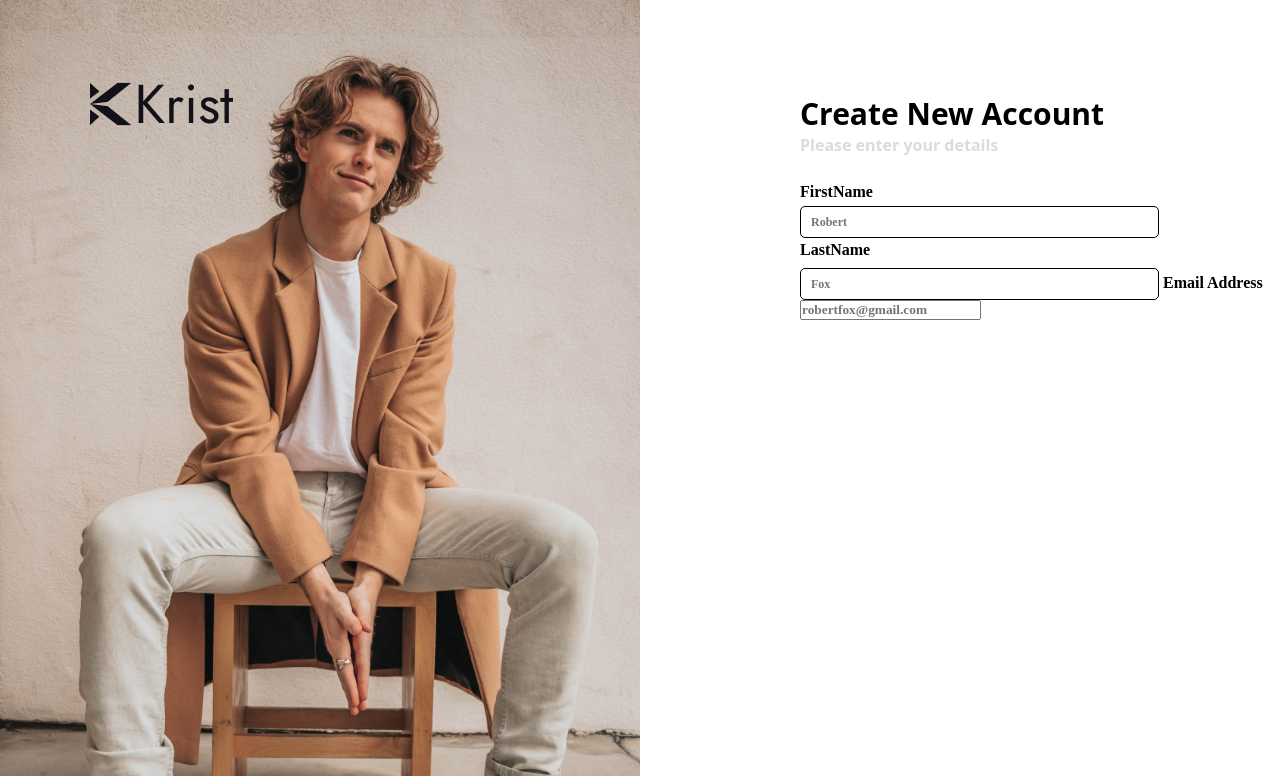
Repository: isaacCodes1/Krist-Website
Page: new-account.html
The author's editor kept a copy of each file at every save. The page is drawn from the files as they stood at one save, then again after the next save.
The browser window is 1280 px wide. The pictures show the whole page.

Above is the page before, as saved 2024-04-10 14:09:07.

### new-account.html
<!DOCTYPE html>
<html lang="en">
  <head>
    <meta charset="UTF-8" />
    <meta name="viewport" content="width=device-width, initial-scale=1.0" />
    <title>New Account</title>
    <link rel="stylesheet" href="style.css">
  </head>
  <body>
    <div class="image">
        <img src="/Assets/Rectangle 3463272 (1).png" alt="" />
      </div>
      <div class="logo">
        <a href="Home-page.html"><img src="/Assets/Group 56.png" alt="" /></a>
      </div>

      <form class="new" action="">
        <h1 class="create">Create New Account</h1>
        <p>Please enter your details</p>
        <label class="firstname" for="">FirstName</label>
        <input class="inpute" type="text" placeholder="Robert">  <br>
        <label class="lastname" for="">LastName</label>
        <input class="inpute" type="text" placeholder="Fox">
        <label for="">Email Address</label>
        <input type="email" placeholder="robertfox@gmail.com">
      </form>
  </body>
</html>

### style.css
* {
  margin: 0;
  padding: 0;
  box-sizing: border-box;
  font-family: "Times New Roman", Times, serif;
  font-weight: 600;
}
.navBar {
  display: flex;
  align-items: center;
  margin-bottom: 40px;
  position: relative;
}
.navBar img {
  margin-left: 90px;
  padding-top: 20px;
  padding-right: 190px;
}
.logoItems ul {
  display: flex;
  list-style: none;
  padding-top: 20px;
  gap: 70px;
}
.logoItems ul li {
  font-size: 15px;
}
.logoItems ul li:hover {
  transform: scale(1.05);
  font-weight: 700;
}
.shop {
  position: relative;
}
.bx-down-arrow {
  position: absolute;
  left: 9000px;
}
.contact {
  position: relative;
}
.bx-search {
  position: absolute;
  right: 300px;
  top: 37px;
  font-size: 20px;
}
.bx-heart {
  position: absolute;
  right: 270px;
  top: 35px;
  font-size: 20px;
}
.bx-shopping-bag {
  position: absolute;
  right: 240px;
  top: 35px;
  font-size: 20px;
}
.bx-down-arrow {
  position: absolute;
  left: 570px;
  top: 40px;
}
.bx-right-arrow-alt {
  font-size: 15px;
}
.landingPage {
  display: flex;
  flex-direction: column;
  background: rgb(242, 243, 241);
  border-radius: 5 px;
  height: 620px;
  margin-bottom: 50px;
  margin-left: 50px;
  margin-right: 50px;
  position: relative;
}

.landingPageText {
  margin-top: 200px;
  margin-left: 150px;
  position: relative;
}
.landingPageText h1 {
  font-size: 42px;
  font-weight: 900;
}
.landingPage h2 {
  font-size: 85px;
  position: absolute;
  top: 500px;
  left: 30px;
  color: #e4e2e2;
}
.classic {
  font-size: 30px;
  font-weight: 500;
  margin-bottom: 10px;
}
.landingPageText p {
  font-size: 30px;
  font-weight: 400;
  margin-bottom: 20px;
}
button {
  padding: 12px 28px;
  background: #000;
  border: 1px;
  border-radius: 7px;
  transition: all 0.42s ease;
}
button a {
  text-decoration: none;
  font-size: 13px;
  color: #fff;
}
button:hover {
  color: #000;
  background: grey;
}
.landingPage img {
  width: 600px;
  position: absolute;
  top: 120px;
  right: 200px;
  background: transparent;
  height: 80%;
}
.login {
  padding: 12px 28px;
  background: #000;
  border: 1px;
  border-radius: 7px;
  margin-left: 800px;
  position: absolute;
  top: 25px;
}
.login a {
  text-decoration: none;
  font-size: 13px;
  color: #fff;
}
.cards {
  margin-bottom: 70px;
}
.cardstext {
  font-size: 30px;
  margin-left: 90px;
  padding-top: 60px;
  padding-bottom: 30px;
}
.cardsImg {
  display: flex;
  margin-left: 74px;
}
.cardsImg img {
  width: 300px;
  margin-left: 20px;
}
.as1 {
  position: relative;
}
.as2 {
  position: relative;
}
.as3 {
  position: relative;
}
.as4 {
  position: relative;
}
.a1 {
  font-size: 45px;
  color: #fff;
  position: absolute;
  top: 1000px;
  left: 150px;
}
.a2 {
  position: absolute;
  top: 1000px;
  font-size: 45px;
  color: #fff;
  left: 450px;
}
.a3 {
  position: absolute;
  top: 1000px;
  color: #fff;
  font-size: 45px;
  left: 800px;
}
.a4 {
  position: absolute;
  top: 1000px;
  color: #fff;
  font-size: 45px;
  left: 1100px;
}
.but1 {
  background: #fff;
  position: absolute;
  left: 140px;
  font-size: 20px;
  top: 1240px;
  padding: 10px 50px;
  transition: 1s ease-in-out;
}
.but1:hover {
  background: #000;
  color: #fff;
}
.but2 {
  background: #fff;
  position: absolute;
  left: 450px;
  font-size: 20px;
  top: 1240px;
  padding: 10px 50px;
  transition: 1s ease-in-out;
}
.but2:hover {
  background: #000;
  color: #fff;
}
.but3 {
  background: #fff;
  position: absolute;
  left: 780px;
  font-size: 20px;
  top: 1240px;
  padding: 10px 50px;
  transition: 1s ease-in-out;
}
.but3:hover {
  background: #000;
  color: #fff;
}
.but4 {
  background: #fff;
  position: absolute;
  left: 1100px;
  font-size: 20px;
  top: 1245px;
  padding: 8px 50px;
  transition: 1s ease-in-out;
}
.but4:hover {
  background: #000;
  color: #fff;
}
.clothes {
  margin-bottom: 170px;
}
.clothesText {
  text-align: center;
  font-size: 30px;
  margin-bottom: 30px;
}
.clothesImg {
  margin-left: 74px;
}
.clothesImg img {
  width: 300px;
  margin-left: 20px;
}
.sneakers {
  position: relative;
}
.sneakersText {
  position: absolute;
  left: 92px;
  font-size: 15px;
}
.road {
  font-weight: 700;
  font-size: 16px;
}
.cancel {
  left: 50px;
  position: absolute;
  bottom: 0px;
}
.bx-x {
  position: absolute;
  bottom: 0px;
  left: 45px;
  font-weight: 900;
  color: red;
}
.sneakers1 {
  position: relative;
}
.sneakersText1 {
  position: absolute;
  left: 420px;
  font-size: 15px;
}
.road1 {
  font-weight: 700;
  font-size: 16px;
}
.cancel1 {
  left: 50px;
  position: absolute;
  bottom: 0px;
}
.sneakers2 {
  position: relative;
}
.sneakersText2 {
  position: absolute;
  left: 740px;
  font-size: 15px;
}
.road2 {
  font-weight: 700;
  font-size: 16px;
}
.cancel2 {
  position: absolute;
  left: 50px;
  bottom: 0px;
}
.sneakers3 {
  position: relative;
}
.sneakersText3 {
  position: absolute;
  left: 1070px;
  font-size: 15px;
  margin-bottom: 50px;
}
.road3 {
  font-weight: 700;
  font-size: 16px;
}
.cancel3 {
  position: absolute;
  left: 50px;
  bottom: 0px;
}
.sneak {
  margin-bottom: 150px;
}
.deal {
  display: flex;
}
.deals {
  font-size: 30px;
  margin-bottom: 20px;
}
.dealsText {
  margin-left: 94px;
  position: relative;
}
.dealsImg {
  margin-left: 170px;
}
.timer1 {
  border: 1px solid #dbdbdb;
  color: #000;
  background: #fff;
  padding: 7px 9px;
  margin-left: 15px;
}
.timer1:hover {
  background: #fff;
}
.timer1h {
  font-size: 18px;
  font-weight: 700;
}
.pp {
  margin-bottom: 20px;
}
.butto {
  position: absolute;
  top: 231px;
  left: 16px;
}
.forms {
  position: relative;
}
.logo {
  display: flex;
  align-items: center;
  margin-bottom: 40px;
  position: absolute;
  bottom: 550px;
}
.logo img {
  margin-left: 90px;
  margin-top: 100px;
  padding-right: 190px;
}
.image {
  position: relative;
}
.image img {
  background-size: contain;
  width: 50%;
  height: 20%;
}
form {
  position: absolute;
  left: 800px;
  bottom: 300px;
}
form h1 {
  font-size: 40px;
  font-family: system-ui, -apple-system, BlinkMacSystemFont, "Segoe UI", Roboto,
    Oxygen, Ubuntu, Cantarell, "Open Sans", "Helvetica Neue", sans-serif;
  font-weight: bolder;
}
form p {
  color: #dbdbdb;
  font-family: system-ui, -apple-system, BlinkMacSystemFont, "Segoe UI", Roboto,
    Oxygen, Ubuntu, Cantarell, "Open Sans", "Helvetica Neue", sans-serif;
  margin-bottom: 20px;
}
.email {
  position: absolute;
  top: 95px;
}
.inpute {
  position: relative;
  padding-right: 170px;
  padding-left: 10px;
  padding-top: 7px;
  padding-bottom: 7px;
  border-radius: 5px;
  outline: none;
  border: 1px solid #000;
  margin-top: 30px;
}
.inputp {
  position: relative;
  padding-right: 170px;
  padding-left: 10px;
  padding-top: 7px;
  padding-bottom: 7px;
  border-radius: 5px;
  outline: none;
  border: 1px solid #000;
  margin-top: 30px;
  margin-bottom: 20px;
}
.inpute::placeholder {
  font-size: 12px;
}
#place::placeholder {
  font-size: 20px;
  color: #000;
}
.password {
  position: absolute;
  top: 155px;
}
.check {
  position: absolute;
  top: 220px;
  left: 2px;
}
.label1 {
  margin-left: 20px;
  position: absolute;
  top: 220px;
}
.forgot {
  color: #000;
  position: absolute;
  left: 210px;
  font-size: 10px;
  top: 220px;
}
.log {
  position: absolute;
  color: #000;
  background: #fff;
  border: 1px solid black;
  font-family: system-ui, -apple-system, BlinkMacSystemFont, "Segoe UI", Roboto,
    Oxygen, Ubuntu, Cantarell, "Open Sans", "Helvetica Neue", sans-serif;
    left: 800px;
    bottom: 250px;
    padding: 10px 140px;
    border-radius: 7px;
    transition: 1s ease-in-out  ;
}
.log:hover{
  background: #000;
  color: #fff;
}
.lo{
  position: absolute;
  color: #000;
  background: #fff;
  border: 1px solid black;
  font-family: system-ui, -apple-system, BlinkMacSystemFont, "Segoe UI", Roboto,
    Oxygen, Ubuntu, Cantarell, "Open Sans", "Helvetica Neue", sans-serif;
    left: 800px;
    bottom: 180px;
    padding: 10px 110px;
    border-radius: 7px;
    transition: 1s ease-in-out  ;
}
.or{
  position: absolute;
  left: 800px;
  bottom: 250px;
}
.lo:hover{
  background: #000;
  color: #fff;
}
.create{
  font-size: 30px;
  font-family: system-ui, -apple-system, BlinkMacSystemFont, "Segoe UI", Roboto,
    Oxygen, Ubuntu, Cantarell, "Open Sans", "Helvetica Neue", sans-serif;
  font-weight: bolder;
}
.new{
  position: absolute;
  left: 800px;
  bottom: 400px;
}
.firstname{
  position: absolute;
  top: 90px;
}
.lastname{
  position: absolute;
  top: 148px;
}

After the next save:
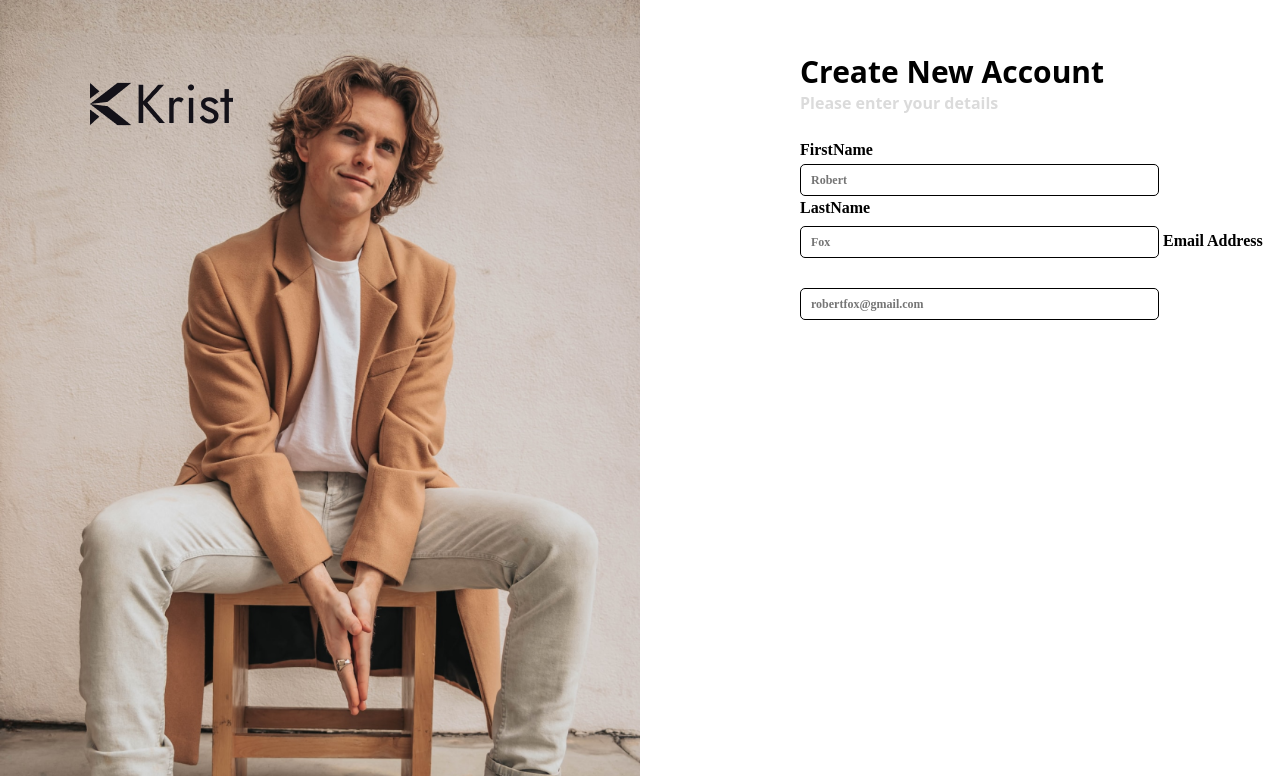
Saved 14 s later.
--- a/new-account.html
+++ b/new-account.html
@@ -22,7 +22,7 @@
         <label class="lastname" for="">LastName</label>
         <input class="inpute" type="text" placeholder="Fox">
         <label for="">Email Address</label>
-        <input type="email" placeholder="robertfox@gmail.com">
+        <input class="inpute" type="email" placeholder="robertfox@gmail.com">
       </form>
   </body>
 </html>
